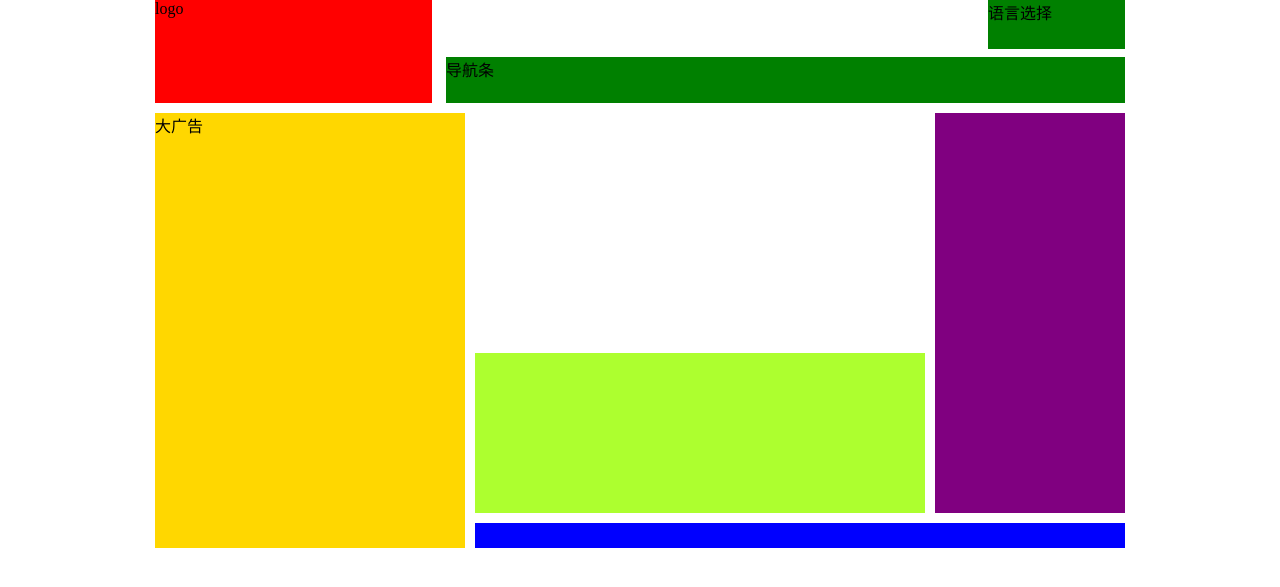
Repository: Germtao/Web
Page: web_css/css_浮动.html
These files come from the project's save history. The page is drawn as it stood at one moment and after the next save; the edit follows.
The browser window is 1280 px wide. The pictures show the whole page.

Above is the page before, as saved 2020-10-30 10:38:16.

After the next save:
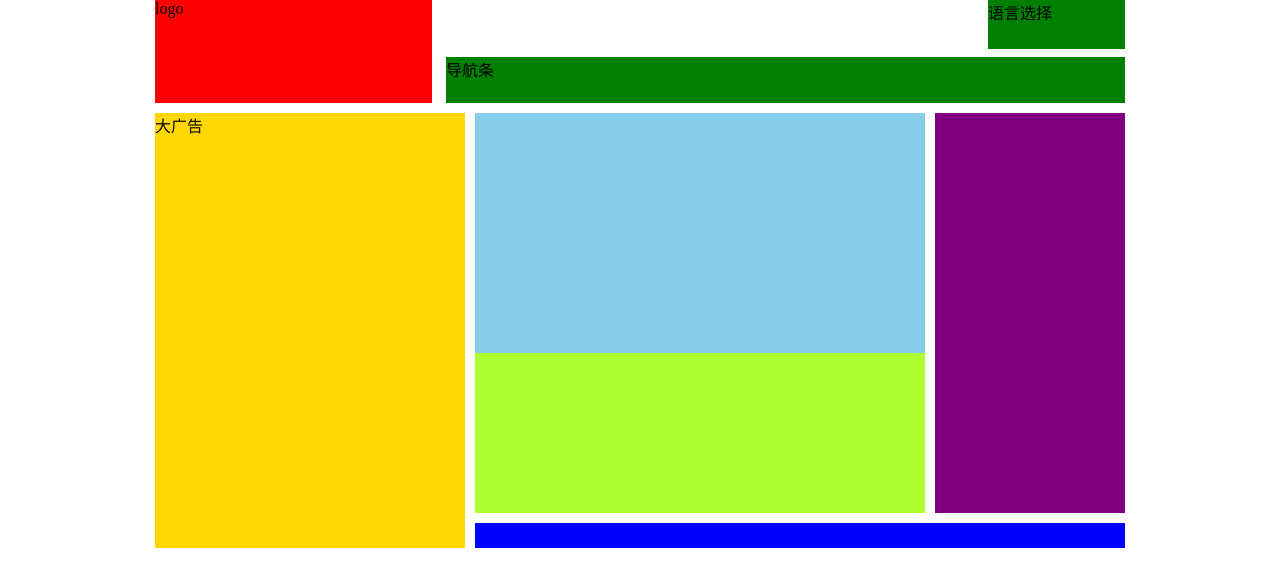
Saved 14 s later.
--- a/web_css/css_浮动.html
+++ b/web_css/css_浮动.html
@@ -218,7 +218,7 @@
     .content .rightPart .main .news .news1 {
       width: 450px;
       height: 240px;
-      background-color: white;
+      background-color: skyblue;
       margin-bottom: 10px;
     }
   </style>
